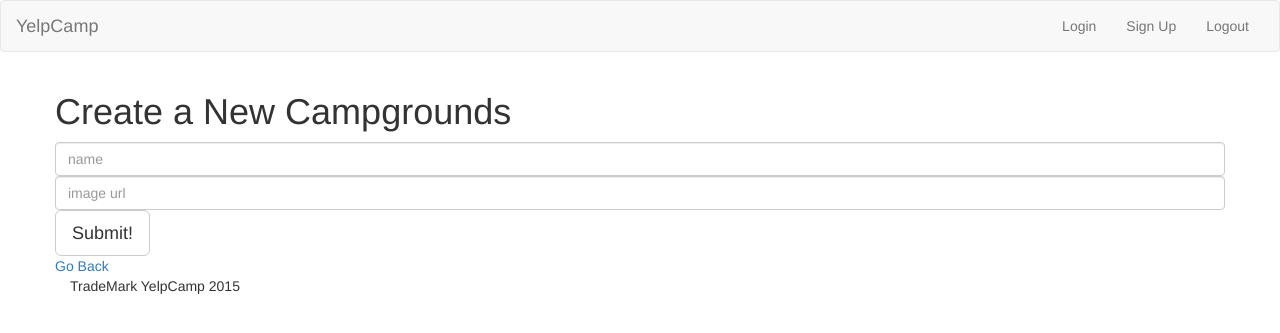
Repository: yyming009/YelpCamp
Page: http://localhost/campgrounds/new
The author's editor kept a record of every edit. The page is drawn from the files as they stood at one moment, then again after the next edit.
The browser window is 1280 px wide. The pictures show the whole page.
The page is served by the project's Node server (YelpCamp/v1/app.js).

Above is the page before.

### YelpCamp/v1/views/news.ejs
<% include partials/header %>

<div class="container">
    <div class="row">
        <h1>Create a New Campgrounds</h1>
        <div>
        <form action="/campgrounds" method="POST">
            <input class="form-control" type="text" name="name" placeholder="name">
            <input class="form-control" type="text" name="image" placeholder="image url">
            <button class="btn btn-lg btn-default">Submit!</button>
        </form>

        <a href="/campgrounds">Go Back</a>
    </div>
</div>

<% include partials/footer %>

### YelpCamp/v1/views/partials/header.ejs
<!DOCTYPE html>

<html>
    <head>
        <title>YelpCamp</title>
        <link rel="stylesheet" href="https://maxcdn.bootstrapcdn.com/bootstrap/3.3.7/css/bootstrap.min.css">
    </head>

   <body>

    <nav class="navbar navbar-default">
        <div class="container-fluid">
            <div class="navbar-header">
                <a class="navbar-brand" href="/">YelpCamp</a>
            </div>
            <div class="collapse navbar-collapse">
                <ul class="nav navbar-nav navbar-right">
                    <li><a href="/">Login</a></li>
                    <li><a href="/">Sign Up</a></li>
                    <li><a href="/">Logout</a></li>
                </ul>
            </div>
        </div>
    </nav>

### YelpCamp/v1/views/partials/footer.ejs
    <p>TradeMark YelpCamp 2015</p>
    </body>
</html>

### YelpCamp/v1/app.js
var express = require("express");
var app = express();
var bodyParser = require("body-parser");

app.use(bodyParser.urlencoded({extended:true}));
app.set("view engine", "ejs");

var campgrounds = [
        {name: "Salmon Greek", image: "https://farm2.staticflickr.com/1363/1342367857_2fd12531e7.jpg"},
        {name: "Granite Hill", image: "https://farm3.staticflickr.com/2464/3694344957_14180103ed.jpg"},
        {name: "Mountain Goat's Rest", image: "https://farm8.staticflickr.com/7252/7626464792_3e68c2a6a5.jpg"},
        {name: "Salmon Greek", image: "https://farm2.staticflickr.com/1363/1342367857_2fd12531e7.jpg"},
        {name: "Granite Hill", image: "https://farm3.staticflickr.com/2464/3694344957_14180103ed.jpg"},
        {name: "Mountain Goat's Rest", image: "https://farm8.staticflickr.com/7252/7626464792_3e68c2a6a5.jpg"},
        {name: "Salmon Greek", image: "https://farm2.staticflickr.com/1363/1342367857_2fd12531e7.jpg"},
        {name: "Granite Hill", image: "https://farm3.staticflickr.com/2464/3694344957_14180103ed.jpg"},
        {name: "Mountain Goat's Rest", image: "https://farm8.staticflickr.com/7252/7626464792_3e68c2a6a5.jpg"}
    ];

app.get("/", function(req, res){
    res.render("landing");
});

app.get("/campgrounds", function(req, res){
    res.render("campgrounds", {campgrounds:campgrounds});
});

app.post("/campgrounds", function(req, res){
    var name = req.body.name;
    var image = req.body.image;
    var newCampground = {name:name, image:image};
    campgrounds.push(newCampground);
    res.redirect("/campgrounds");
});

app.get("/campgrounds/new", function(req, res){
    res.render("news.ejs");
});

app.listen(process.env.PORT, process.env.IP, function(){
    console.log("the YelpCamp Server has Started!!");
});

After the next edit:
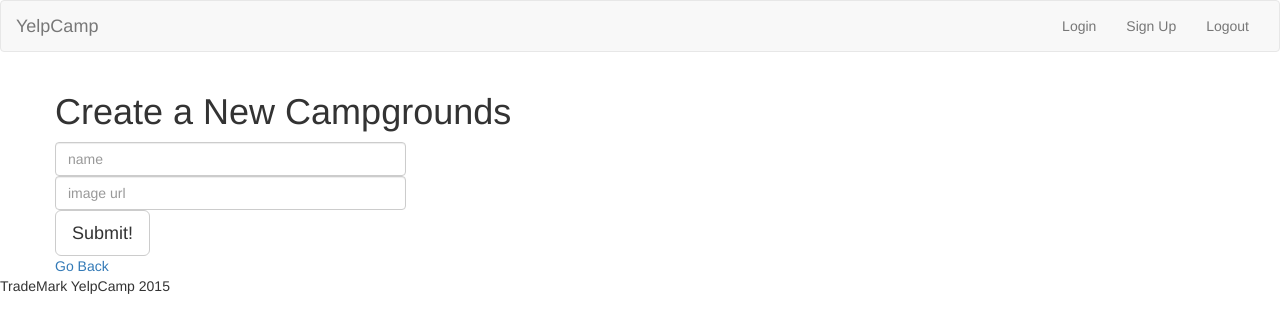
The edit:
--- a/YelpCamp/v1/views/news.ejs
+++ b/YelpCamp/v1/views/news.ejs
@@ -3,13 +3,13 @@
 <div class="container">
     <div class="row">
         <h1>Create a New Campgrounds</h1>
-        <div>
-        <form action="/campgrounds" method="POST">
-            <input class="form-control" type="text" name="name" placeholder="name">
-            <input class="form-control" type="text" name="image" placeholder="image url">
-            <button class="btn btn-lg btn-default">Submit!</button>
-        </form>
-
+        <div style="width: 30%; margin: 0, auto;">
+            <form action="/campgrounds" method="POST">
+                <input class="form-control" type="text" name="name" placeholder="name">
+                <input class="form-control" type="text" name="image" placeholder="image url">
+                <button class="btn btn-lg btn-default">Submit!</button>
+            </form>
+        </div>
         <a href="/campgrounds">Go Back</a>
     </div>
 </div>
